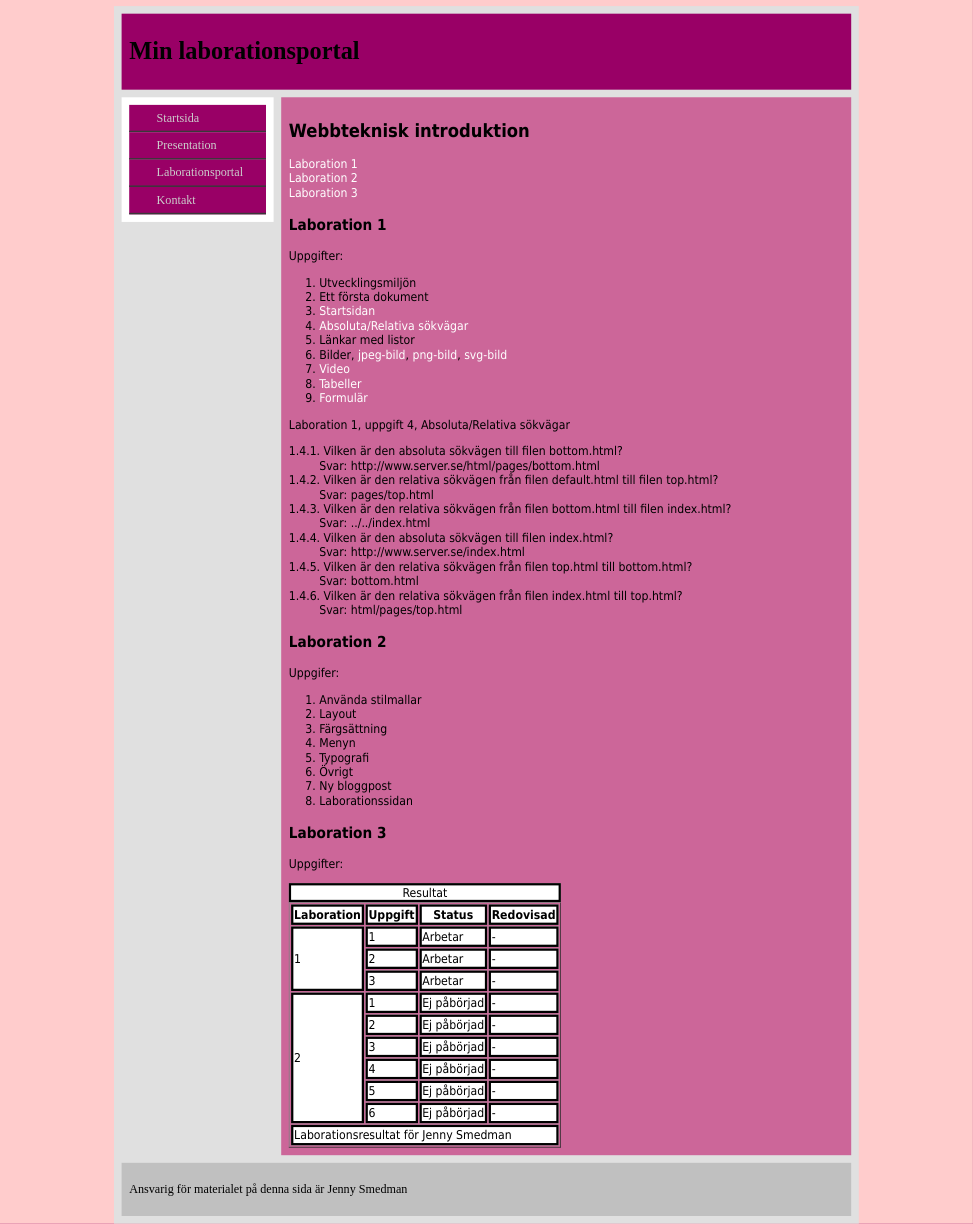
Repository: js223mx/1ik415-js223mx-laborationer
Page: pages/laborationer.html
The author's editor kept a record of every edit. The page is drawn from the files as they stood at one moment, then again after the next edit.
The browser window is 1280 px wide. The pictures show the whole page, at 76% of full size.

Above is the page before.

After the next edit:
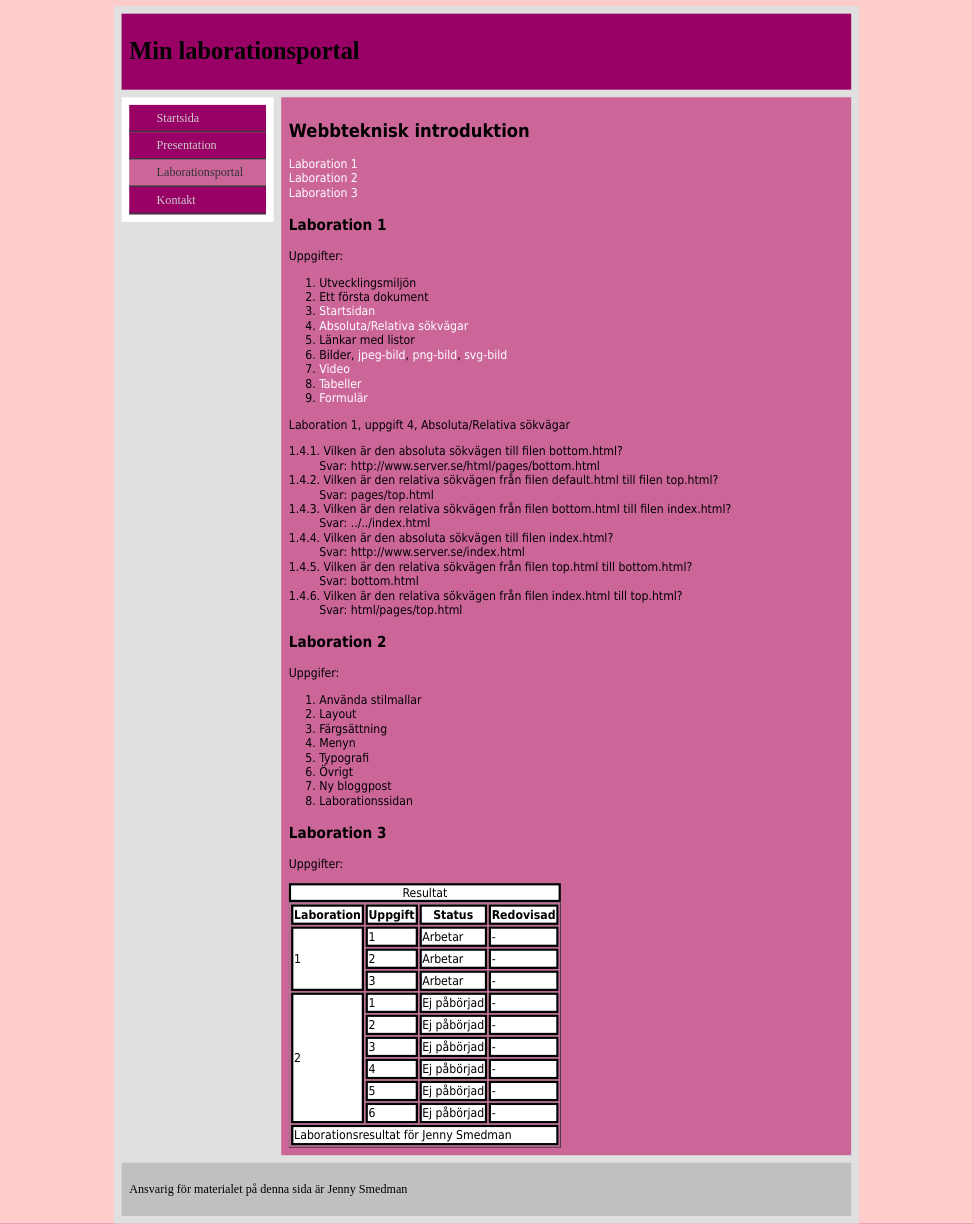
The edit:
--- a/pages/laborationer.html
+++ b/pages/laborationer.html
@@ -18,9 +18,9 @@
             <div id="navigation">
                 <ul>
                 <li><a href="../index.html">Startsida</a></li>
-                <li><a href="pages/presentation.html">Presentation</a></li>
-                <li><a href="pages/laborationer.html">Laborationsportal</a></li>
-                <li><a href="pages/kontakt.html">Kontakt</a></li>
+                <li><a href="presentation.html">Presentation</a></li>
+                <li><a href="laborationer.html" class="active">Laborationsportal</a></li>
+                <li><a href="kontakt.html">Kontakt</a></li>
             </ul>
             </div>
 
